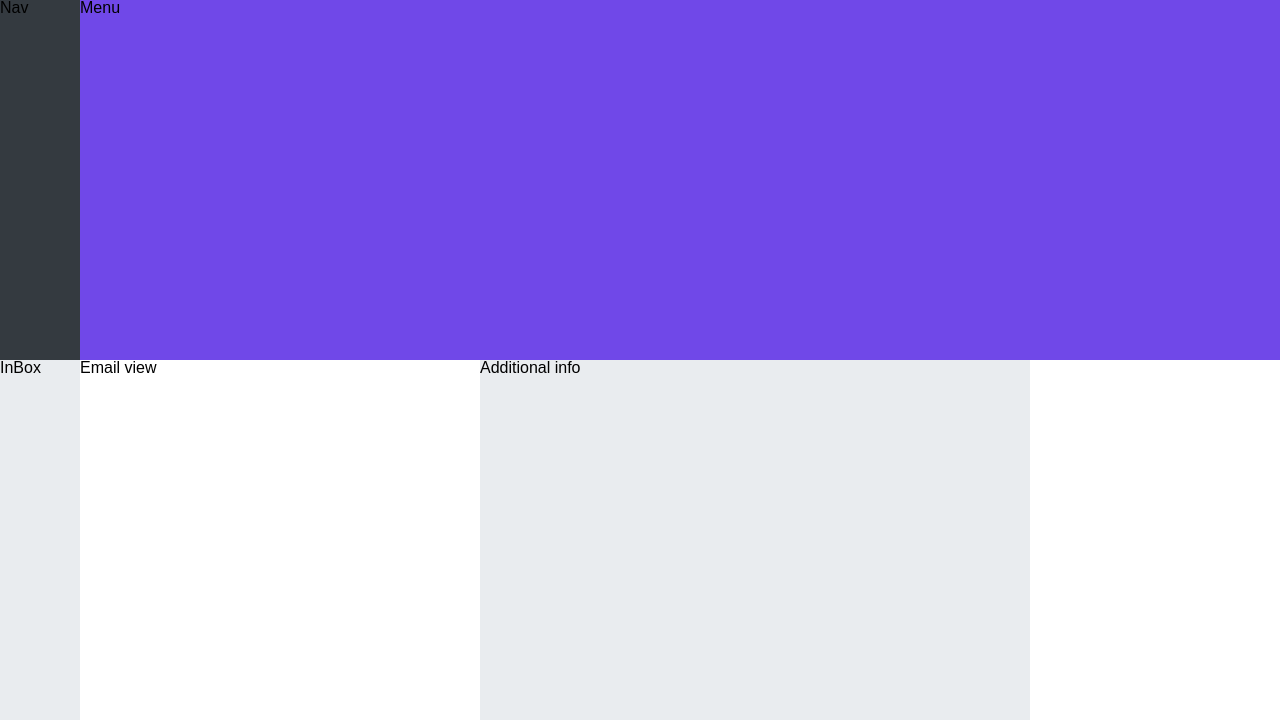
Repository: Ahmed123rezk123/06-Components
Page: app-layout.html
An editor plug-in stored every save of this project. The page is shown before and after the next save, followed by the edit.
The browser window is 1280 px wide. The pictures show the whole page.

Above is the page before, as saved 2024-09-18 10:32:48.

After the next save:
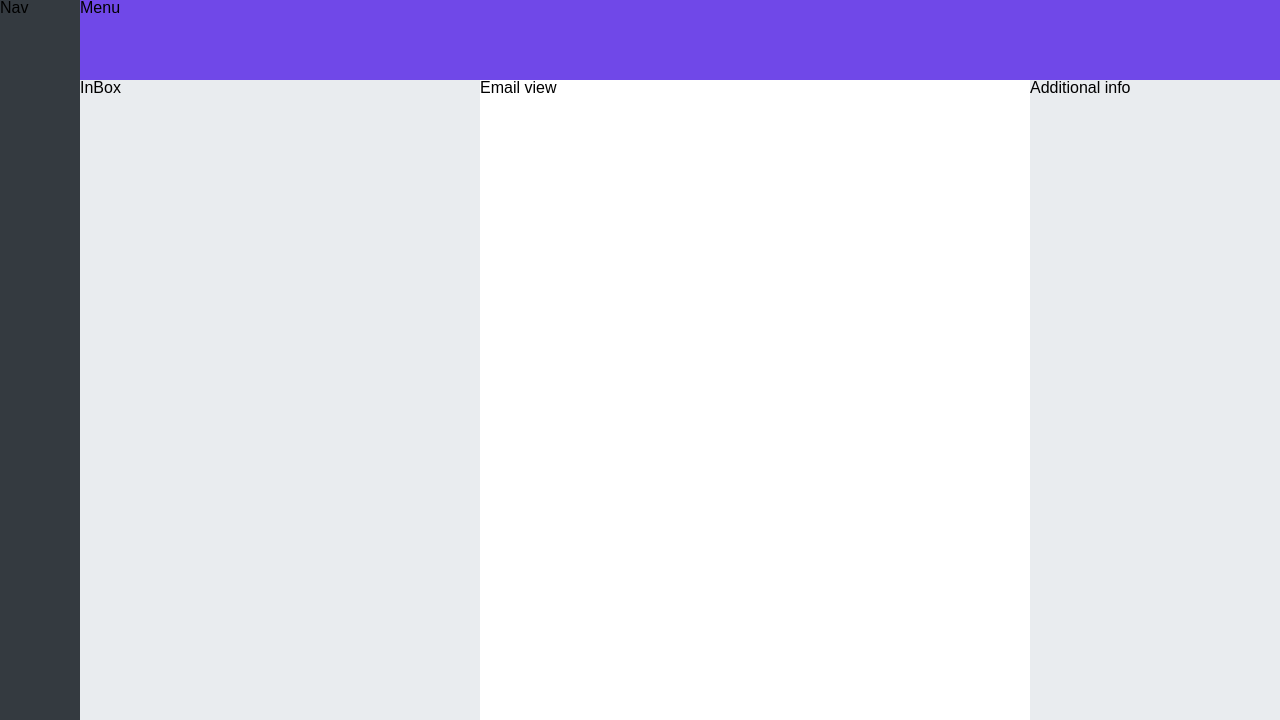
Saved 20 s later.
--- a/app-layout.html
+++ b/app-layout.html
@@ -26,6 +26,7 @@
         display: grid;
         height: 100vh;
         grid-template-columns: 80px 400px 1fr 250px;
+        grid-template-rows: 80px 1fr;
       }
       nav {
         background-color: #343a40;
